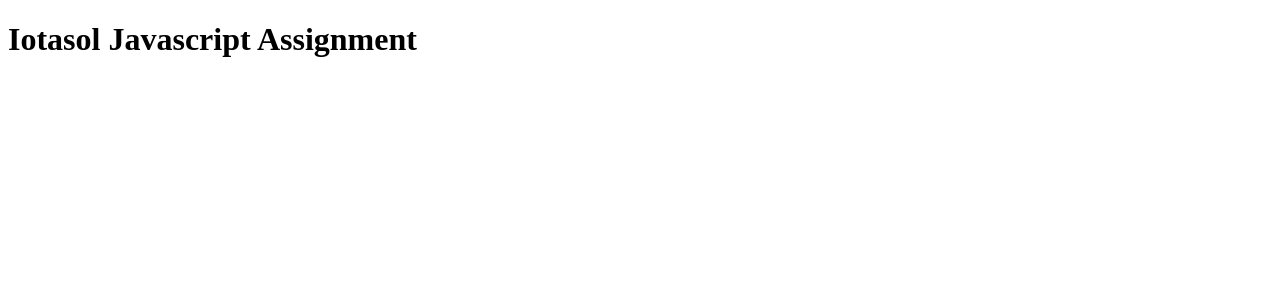
Repository: ishanbassi/iotasol-assignments
Page: /
The author's editor kept a copy of each file at every save. The page is drawn from the files as they stood at one save, then again after the next save.
The browser window is 1280 px wide. The pictures show the whole page.
The project was rebuilt for these pictures with package versions that can differ from the ones it lists, and the page was loaded fresh each time. The framework's server and built-in components were replaced by stand-ins that run in the browser.

Above is the page before, as saved 2022-11-07 13:54:30.

After the next save:
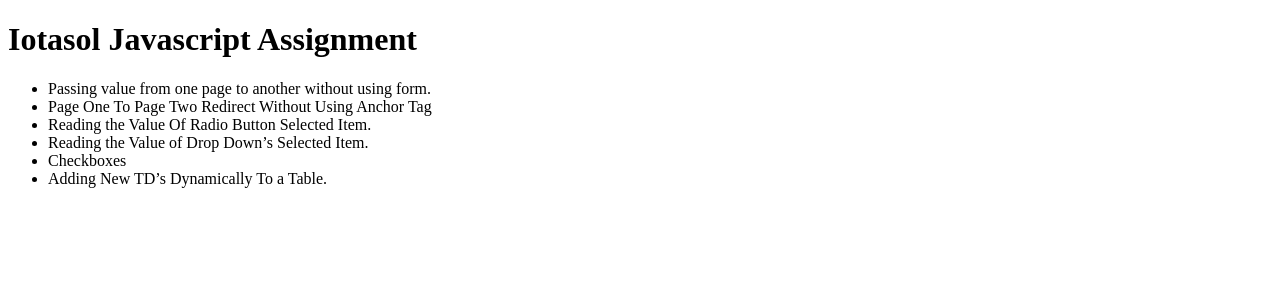
Saved 6 min 22 s later.
--- a/pages/index.tsx
+++ b/pages/index.tsx
@@ -1,6 +1,31 @@
 export default function Home() {
   return(
-    <h1>Iotasol Javascript Assignment</h1>
+    <>
+      <header>
+        <h1>Iotasol Javascript Assignment</h1>
+      </header>
+
+      <ul>
+        <li>
+          <a>Passing value from one page to another without using form.</a>
+        </li>
+        <li>
+          <a>Page One To Page Two Redirect Without Using Anchor Tag</a>
+        </li>
+        <li>
+          <a>Reading the Value Of Radio Button Selected Item.</a>
+        </li>
+        <li>
+          <a>Reading the Value of Drop Down’s Selected Item.</a>
+        </li>
+        <li>
+          <a>Checkboxes</a>
+        </li>
+        <li>
+          <a>Adding New TD’s Dynamically To a Table.</a>
+        </li>
+      </ul>
+    </>
 
   )
 }
